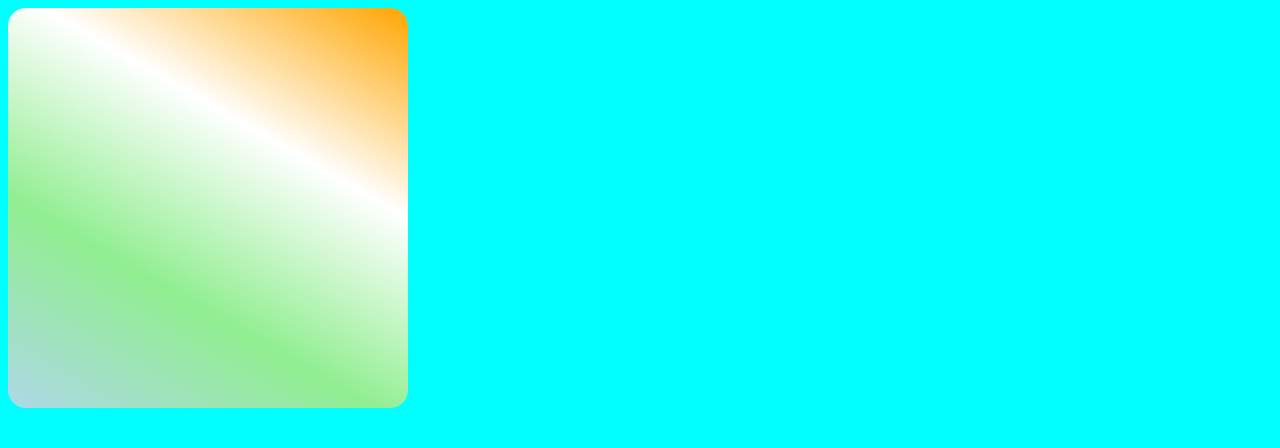
Repository: Amani-Kibet/express-app-web
Page: public/Card.html
The author's editor kept a copy of each file at every save. The page is drawn from the files as they stood at one save, then again after the next save.
The browser window is 1280 px wide. The pictures show the whole page.

Above is the page before, as saved 2025-09-25 21:05:40.

### public/Card.html
<!DOCTYPE html>
<head>
  <title> Login Page</title>
  <style>
  #board{
    background: linear-gradient(30deg, lightblue, lightgreen, white, orange);
    width: 25rem;
    height: 25rem;
    border-radius: 18px;

  }
  </style>
</head>
<body bgColor="cyan">
  <div id="board">

  </div>
</body>
<script>
  let input1= document.getElementById("input1");
  let btn1= document.getElementById("btn1");

  function f1(){
    let file= input1.files[0];
    let env= new FormData();
    env.append("image", file)

    fetch("http://localhost:3000/path1", {
      method: "POST",
      body: env
    })
  }


</script>
</html>

After the next save:
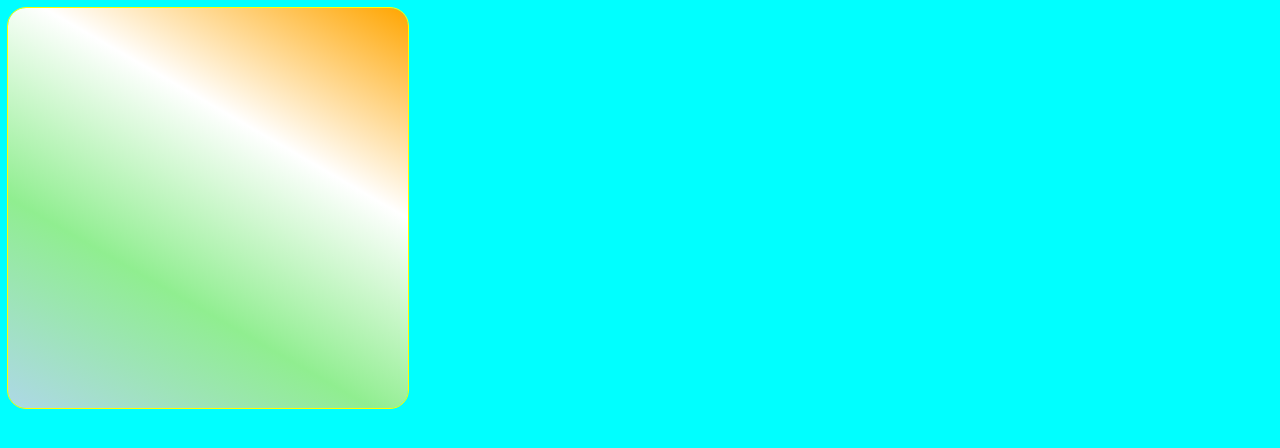
Saved 19 s later.
--- a/public/Card.html
+++ b/public/Card.html
@@ -7,6 +7,7 @@
     width: 25rem;
     height: 25rem;
     border-radius: 18px;
+    outline: 1px groove yellow;
 
   }
   </style>
